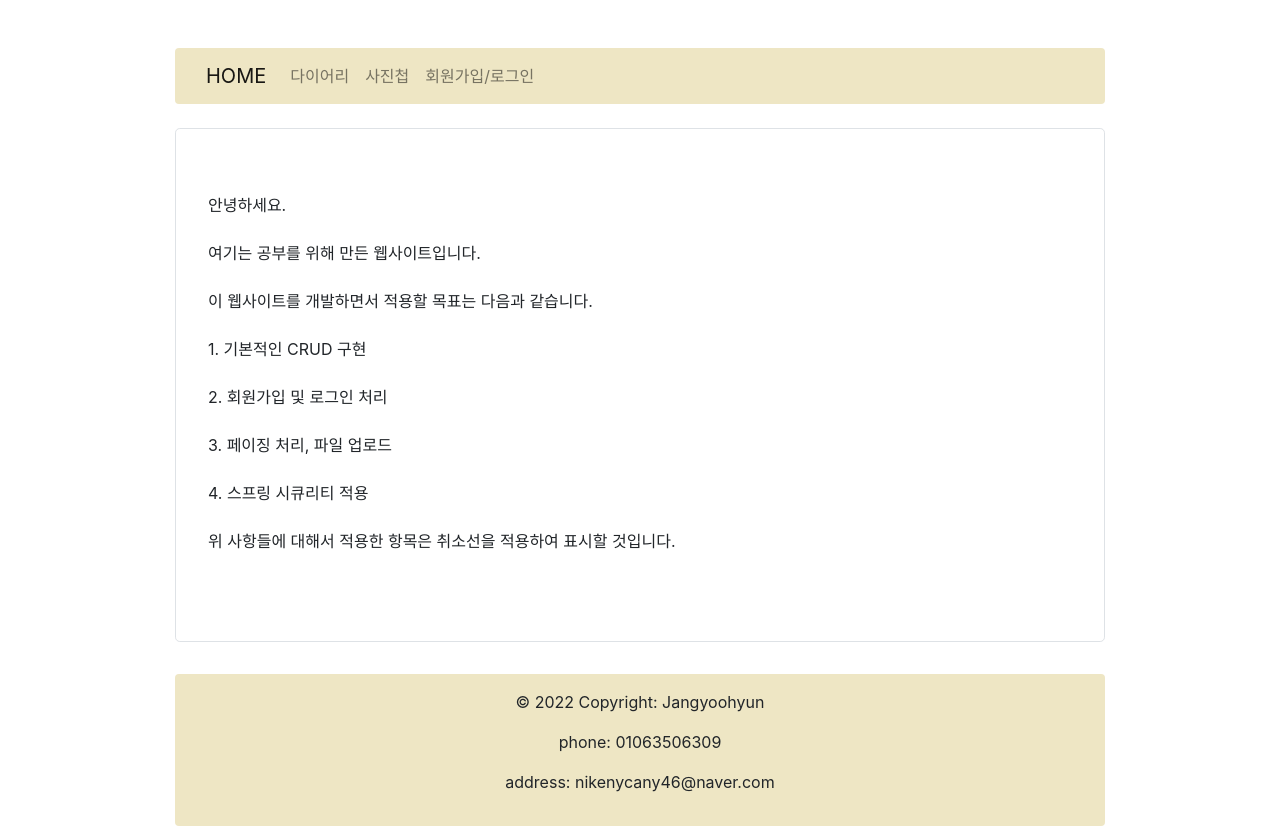
Repository: jangyoohyun/toyProject
Page: http://localhost/toyproject/WEB-INF/views/index.jsp
An editor plug-in stored every save of this project. The page is shown before and after the next save, followed by the edit.
The browser window is 1280 px wide. The pictures show the whole page.
The page is served by Tomcat 9. Nobody is signed in. Other server files are loaded and not shown. The template is opened directly, without the code that normally fills it, so the values that code supplies are empty.

Above is the page before, as saved 2022-02-26 10:58:58.

### Study/toyproject/src/main/webapp/WEB-INF/views/index.jsp
<%@ page language="java" contentType="text/html; charset=UTF-8"
    pageEncoding="UTF-8"%>

<%@ include file="/WEB-INF/views/layout/header.jsp" %>

		<div class="jumbotron mt-4 bg-white border">
		안녕하세요.<br><br>
		<c:if test="${principal.username != null}">
			${principal.username}님 환영합니다.<br><br>
		</c:if>
		여기는 공부를 위해 만든 웹사이트입니다.<br><br>
		이 웹사이트를 개발하면서 적용할 목표는 다음과 같습니다.<br><br>
		1. 기본적인 CRUD 구현<br><br>
		2. 회원가입 및 로그인 처리<br><br>
		3. 페이징 처리, 파일 업로드<br><br>
		4. 스프링 시큐리티 적용<br><br>
		위 사항들에 대해서 적용한 항목은 취소선을 적용하여 표시할 것입니다.<br><br>
		</div>


<%@ include file="/WEB-INF/views/layout/footer.jsp" %>

### Study/toyproject/src/main/webapp/WEB-INF/views/layout/header.jsp
<%@ page language="java" contentType="text/html; charset=UTF-8"
	pageEncoding="UTF-8"%>
<%@ taglib uri="http://java.sun.com/jsp/jstl/core" prefix="c"%>
<%@ taglib prefix="sec"
	uri="http://www.springframework.org/security/tags"%>
<%@ taglib prefix="fmt" uri="http://java.sun.com/jsp/jstl/fmt"%>

<sec:authorize access="isAuthenticated()">
	<sec:authentication property="principal" var="principal" />
</sec:authorize>

<!DOCTYPE html>
<html>
<head>
<link rel="stylesheet"
	href="https://cdn.jsdelivr.net/npm/bootstrap@4.6.1/dist/css/bootstrap.min.css"
	integrity="sha384-zCbKRCUGaJDkqS1kPbPd7TveP5iyJE0EjAuZQTgFLD2ylzuqKfdKlfG/eSrtxUkn"
	crossorigin="anonymous">
<script src="https://code.jquery.com/jquery-3.6.0.js"
	integrity="sha256-H+K7U5CnXl1h5ywQfKtSj8PCmoN9aaq30gDh27Xc0jk="
	crossorigin="anonymous"></script>

<meta charset="UTF-8">

<title>Insert title here</title>
</head>
<body>
	<div class="container mt-5 w-75">
		<nav class="navbar navbar-expand-lg navbar-light rounded"
			style="background-color: #eee6c4">
			<div class="container-fluid">
				<a class="navbar-brand" href="<c:url value="/"/>">HOME</a>
				<button class="navbar-toggler" type="button"
					data-bs-toggle="collapse" data-bs-target="#navbarNav"
					aria-controls="navbarNav" aria-expanded="false"
					aria-label="Toggle navigation">
					<span class="navbar-toggler-icon"></span>
				</button>
				<div class="collapse navbar-collapse" id="navbarNav">
					<ul class="navbar-nav">
						<li class="nav-item"><a class="nav-link"
							href="<c:url value="/board?page=0"/>">다이어리</a></li>
						<li class="nav-item"><a class="nav-link"
							href="<c:url value="/photo"/>">사진첩</a></li>
						<c:choose>
							<c:when test="${principal.username == null}">
								<li class="nav-item"><a class="nav-link"
									href="<c:url value="/auth/signInForm"/>">회원가입/로그인</a></li>
							</c:when>
							<c:otherwise>
								<li class="nav-item"><a class="nav-link"
									onclick="return confirm('로그아웃 하시겠습니까?');"
									href="<c:url value="/logout"/>">로그아웃</a></li>
								<li class="nav-item"><a class="nav-link"
									href="<c:url value="/auth/userUpdate"/>">회원정보수정</a></li>
							</c:otherwise>
						</c:choose>

					</ul>
				</div>
			</div>
		</nav>

### Study/toyproject/src/main/webapp/WEB-INF/views/layout/footer.jsp
<%@ page language="java" contentType="text/html; charset=UTF-8"
	pageEncoding="UTF-8"%>


<footer class="text-center text-lg-start rounded" style="background-color: #eee6c4">
	<!-- Copyright -->
	<div class="text-center p-3">
		<p>© 2022 Copyright: Jangyoohyun</p>
		<p>phone: 01063506309</p>
		<p>address: nikenycany46@naver.com</p>
	</div>
	<!-- Copyright -->
</footer>


</div>


<script src="https://cdn.jsdelivr.net/npm/bootstrap@5.1.3/dist/js/bootstrap.bundle.min.js" integrity="sha384-ka7Sk0Gln4gmtz2MlQnikT1wXgYsOg+OMhuP+IlRH9sENBO0LRn5q+8nbTov4+1p" crossorigin="anonymous"></script>
<script src="https://code.jquery.com/jquery-3.6.0.js" integrity="sha256-H+K7U5CnXl1h5ywQfKtSj8PCmoN9aaq30gDh27Xc0jk=" crossorigin="anonymous"></script>


</body>
</html>

After the next save:
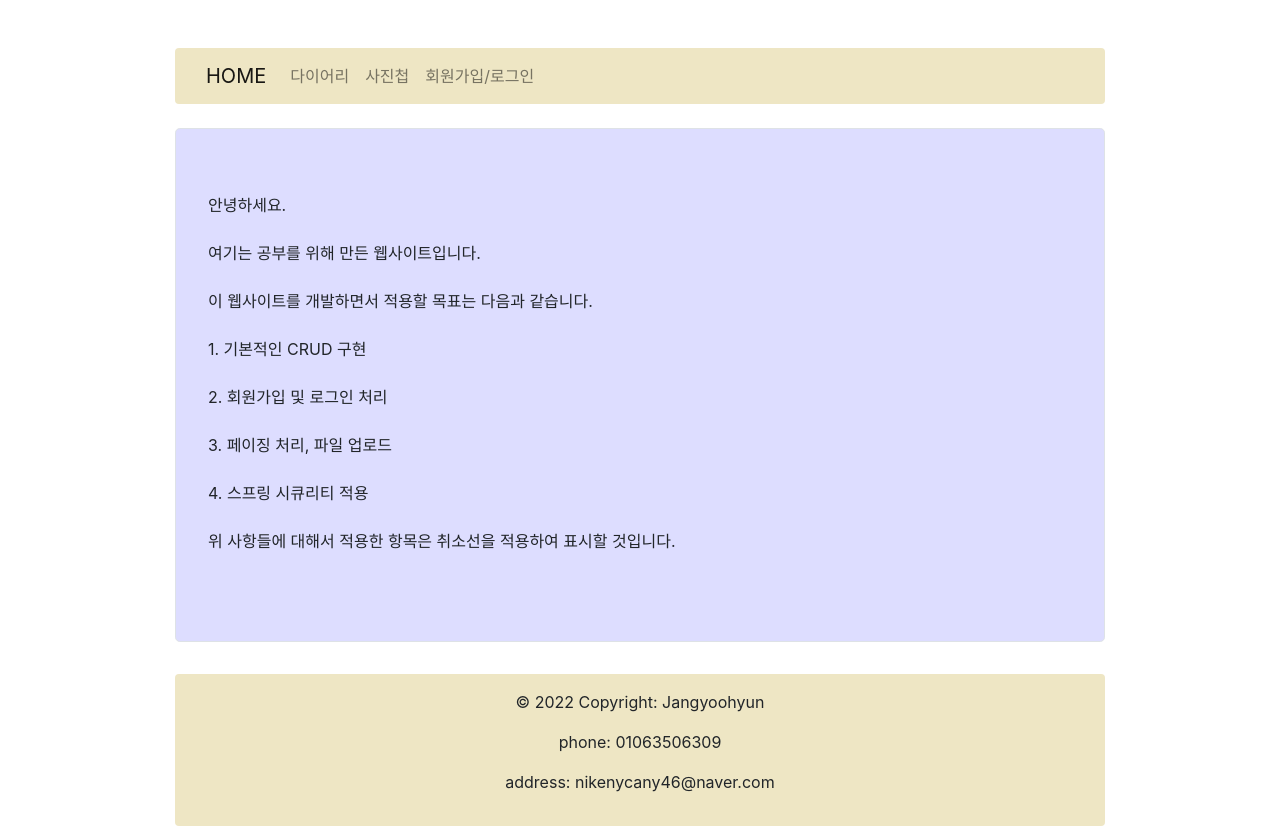
Saved 79 s later.
--- a/Study/toyproject/src/main/webapp/WEB-INF/views/index.jsp
+++ b/Study/toyproject/src/main/webapp/WEB-INF/views/index.jsp
@@ -3,7 +3,7 @@
 
 <%@ include file="/WEB-INF/views/layout/header.jsp" %>
 
-		<div class="jumbotron mt-4 bg-white border">
+		<div class="jumbotron mt-4 border" style="background-color: #DDDDFF">
 		안녕하세요.<br><br>
 		<c:if test="${principal.username != null}">
 			${principal.username}님 환영합니다.<br><br>
